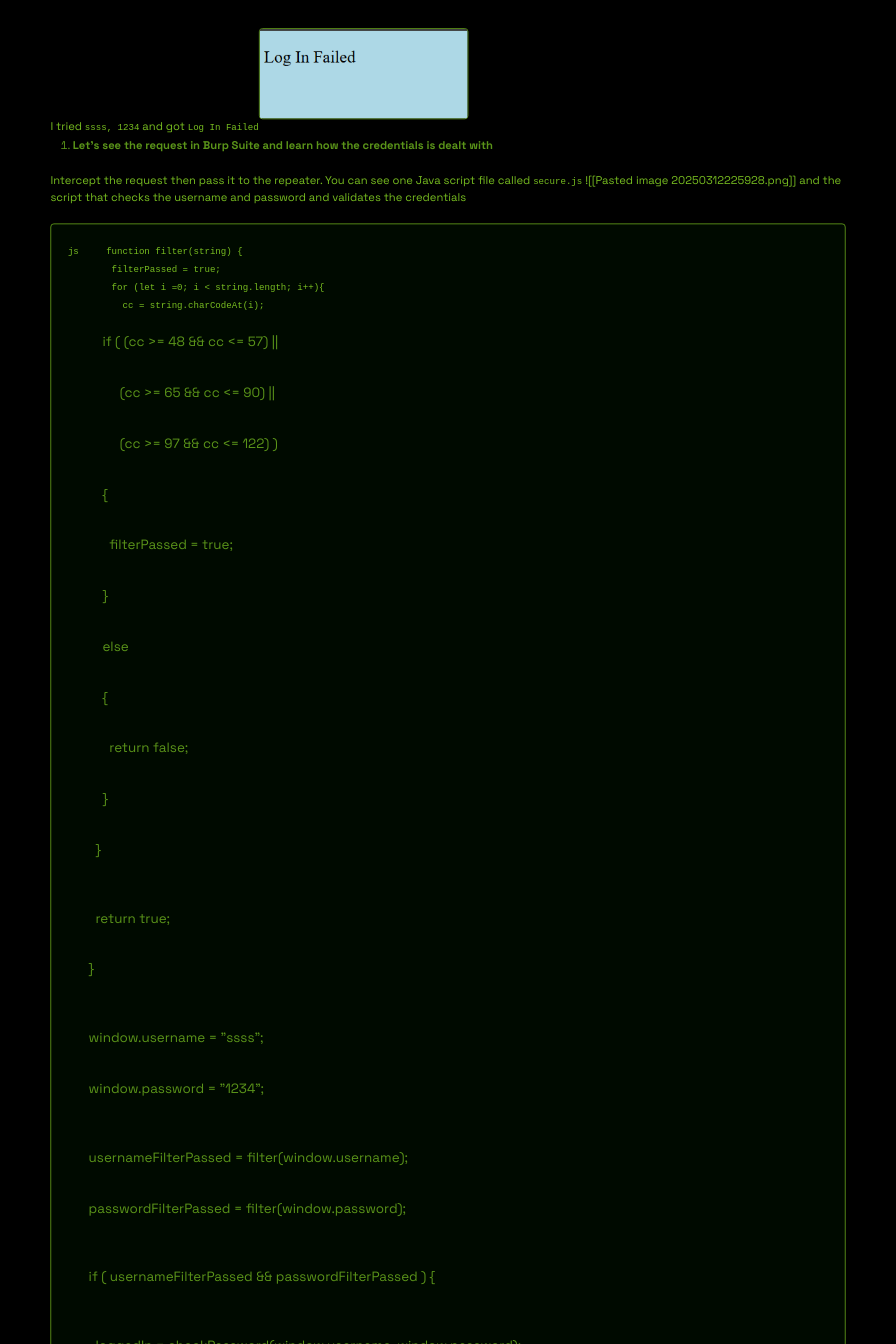
Repository: mohamedsoliman-tq/Website
Page: blogs/picoCTF/localauth.html
An editor plug-in stored every save of this project. The page is shown before and after a run of saves, followed by the edit.
The browser window is 1280 px wide. The pictures show the part of the page from y = 1676 to 3596 px (the page is 5302 px tall before and 5360 px after), at 70% of full size.

Above is the page before, as saved 2025-03-13 00:14:28.

After the next 2 saves:
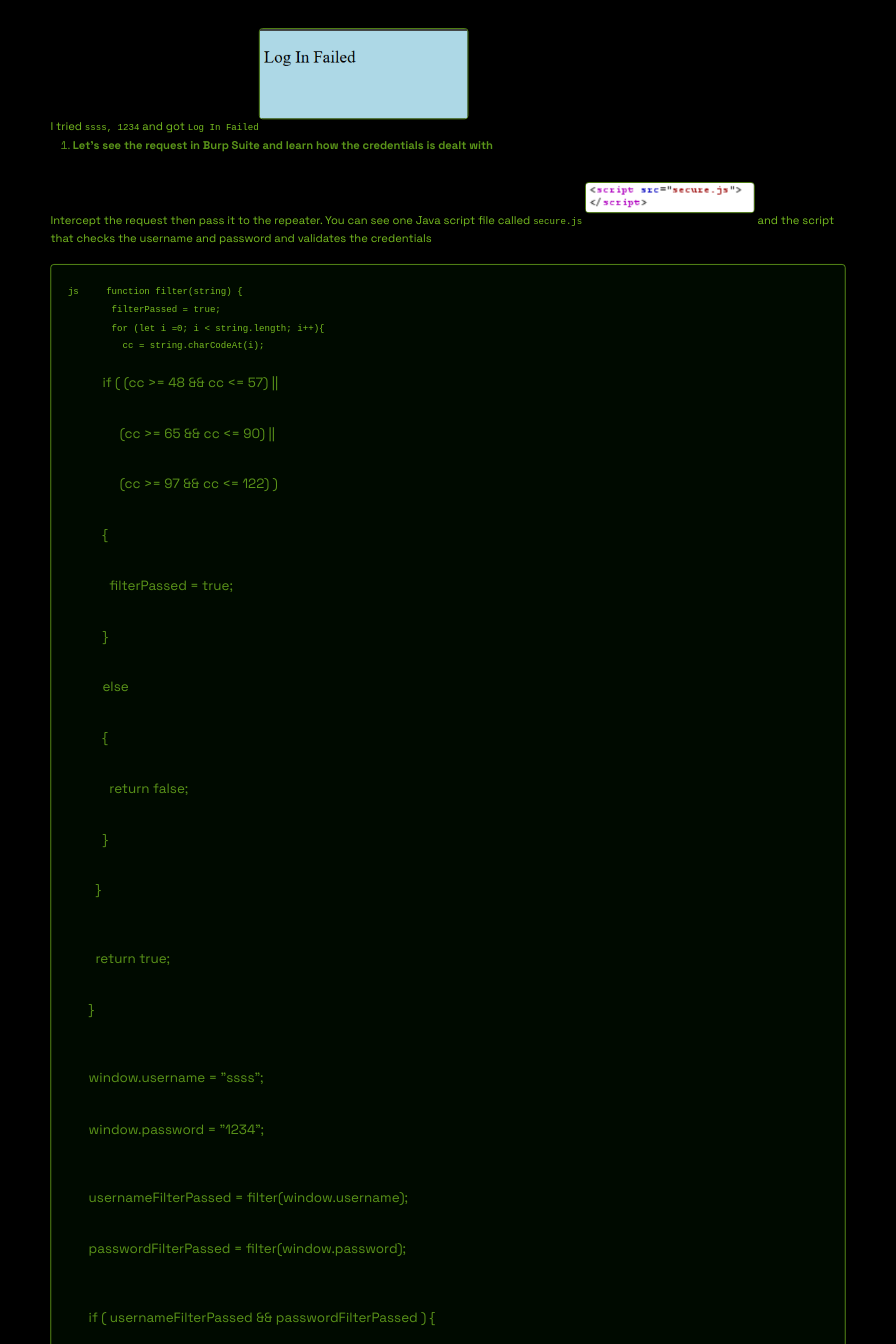
The 2 saves are shown as one change because they came seconds apart.
The last was saved 10 s later.
--- a/blogs/picoCTF/localauth.html
+++ b/blogs/picoCTF/localauth.html
@@ -237,7 +237,7 @@
   <li><strong>Let's see the request in Burp Suite and learn how the credentials is dealt with</strong></li>
 </ol>
    Intercept the request then pass it to the repeater. You can see one Java script file called <code>secure.js</code>
-   ![[Pasted image 20250312225928.png]]
+   <img src="pics/la2.png">
    and the script that checks the username and password and validates the credentials
    <pre><code>js     function filter(string) {
         filterPassed = true;
